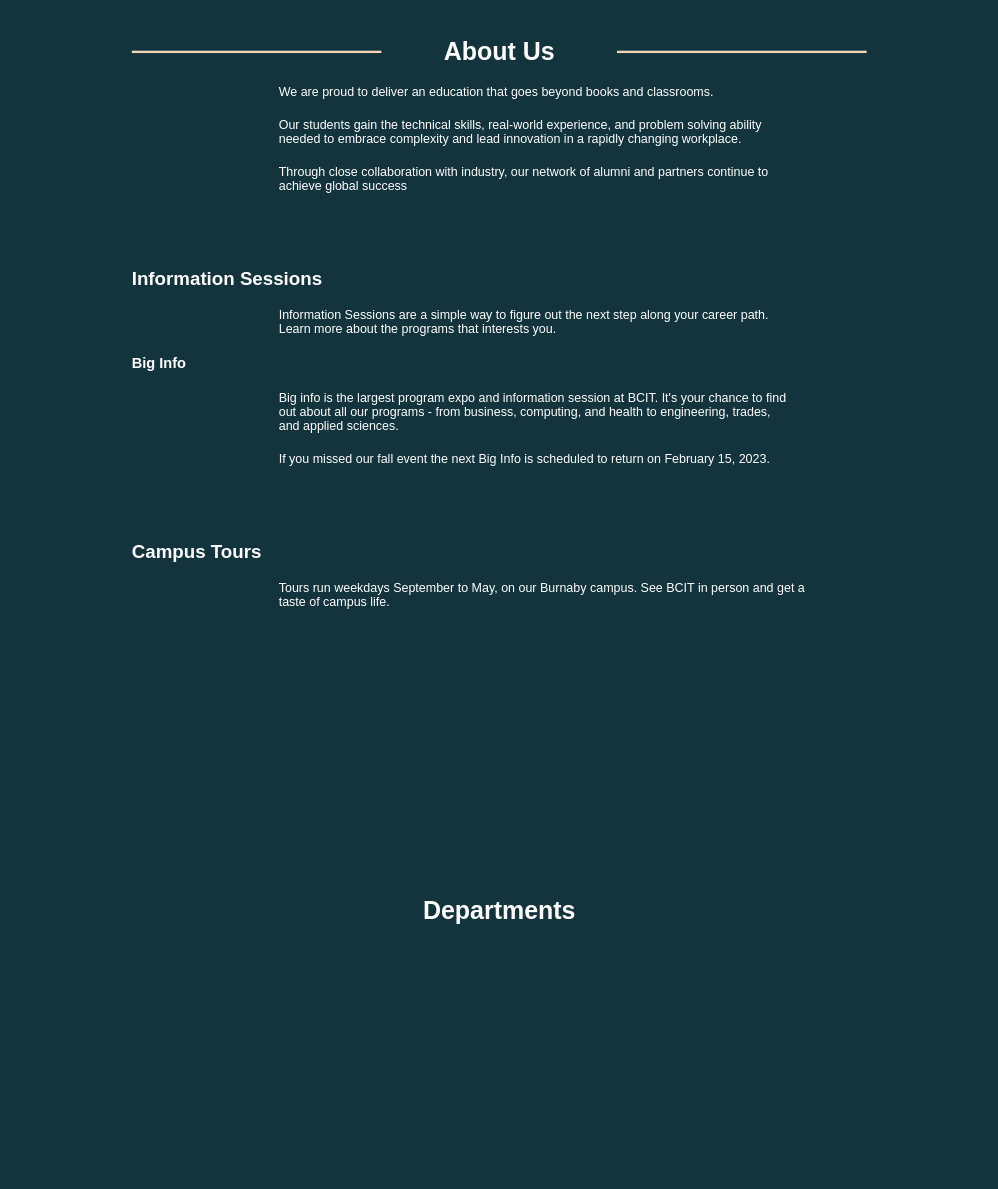
Repository: jennydmcm/assignment-1-playwright-site-A01338943
Page: /about
An editor plug-in stored every save of this project. The page is shown before and after the next save, followed by the edit.
The browser window is 1280 px wide. The pictures show the whole page, at 78% of full size.
The project was rebuilt for these pictures with package versions that can differ from the ones it lists, and the page was loaded fresh each time. The framework's server and built-in components were replaced by stand-ins that run in the browser. Also part of the build but not shown: next.config.js.

Above is the page before, as saved 2023-02-08 13:38:49.

### pages/_app.js
import '../styles/globals.css'
import '../styles/variables.css'

function MyApp({ Component, pageProps }) {
  return <Component {...pageProps} />
}

export default MyApp

### pages/about.js
import Head from "next/head";
import Image from "next/image";
import { Inter } from "@next/font/google";
import styles from "@/styles/About.module.css";
const inter = Inter({ subsets: ["latin"] });

export default function Home() {
  return (
    <>
      <Head>
        <title>About Us</title>
        <meta name="description" content="Generated by create next app" />
        <meta name="viewport" content="width=device-width, initial-scale=1" />
        <meta name="author" content="MDIA 2109" />
        <meta property="og:title" content="Assignment #1 - About Us Page" />
        <meta
          property="og:description"
          content="BCIT Digital Design and Development Diploma"
        />
        <link rel="icon" href="/favicon.png" />
      </Head>
      <main className={styles.main}>
        <header>
          <div className={styles.about}>
            <div className={styles.header}>
              <hr className={styles.lines}></hr>
              <h1 className={styles.aboutTitle}>About Us</h1>
              <hr className={styles.lines}></hr>
            </div>
            <p className={styles.mainText}>
              We are proud to deliver an education that goes beyond books and
              classrooms.
            </p>
            <p className={styles.mainText}>
              Our students gain the technical skills, real-world experience, and
              problem solving ability <br></br>
              needed to embrace complexity and lead innovation in a rapidly
              changing workplace.
            </p>
            <p className={styles.mainText}>
              Through close collaboration with industry, our network of alumni
              and partners continue to <br></br>
              achieve global success
            </p>
          </div>
          <div className={styles.infosesh}>
            <h2>Information Sessions</h2>
            <p className={styles.mainText}>
              Information Sessions are a simple way to figure out the next step
              along your career path. <br></br>
              Learn more about the programs that interests you.
            </p>
            <h3 className={styles.bigInfo}>Big Info</h3>
            <p className={styles.mainText}>
              Big info is the largest program expo and information session at
              BCIT. It's your chance to find<br></br>
              out about all our programs - from business, computing, and health
              to engineering, trades,<br></br>
              and applied sciences.
            </p>
            <p className={styles.mainText}>
              If you missed our fall event the next Big Info is scheduled to
              return on February 15, 2023.
            </p>
          </div>

          <div className={styles.tours}>
            <h2>Campus Tours</h2>
            <p className={styles.mainText}>
              Tours run weekdays September to May, on our Burnaby campus. See
              BCIT in person and get a<br></br>
              taste of campus life.
            </p>
          </div>
          <div className={styles.dept}>
            <h1>Departments</h1>
          </div>
        </header>
        <a>
          <span>
            <img href="/upwardArrow.png"></img>
            <img href="downwardArrow.png"></img>
          </span>
        </a>
      </main>
    </>
  );
}

### styles/variables.css
:root{
    --primary-color: #fff;
    --secondary-color: #f4d6b9;
    --ternary-color: #14343d;
    --quaternary-color: #14343d;
    --quinary-color: rgba(16,46,53,0.5);

}

### styles/About.module.css
.main{
    background-color: var(--ternary-color);
    color: var(--primary-color);
    font-family: Arial, Helvetica, sans-serif;
    display: flex;
    flex-direction: column;
    align-items: center;
}
.about{
    display: flex;
    flex-direction: column;
    padding: 3rem;
    padding-bottom: 3rem;

}


.infosesh{
    display: flex;
    flex-direction: column;
    padding: 3rem;
    padding-bottom: 3rem;

}

.bigInfo{
    padding-top: 1.5rem;

}

.tours{
    display: flex;
    flex-direction: column;
    padding: 3rem;
    padding-bottom: 3rem;

}

.dept{
    display: flex;
    flex-direction: column;
    padding-top: 20rem;
    padding-bottom: 20rem;
    align-items: center;


}

.aboutTitle{
    display: flex;
    flex-direction: column;
    align-items: center;
    padding-left: 5rem;
    padding-right: 5rem;
}

.mainText{
    padding-top: 1.5rem;
    padding-left: 20%;

}

.lines{
    border-top: none;
    border-bottom: 0.2rem solid var(--secondary-color);
    border-left: none;
    border-right: none;
    width: 20rem;
}
.header{
    display: flex;
    flex-direction: row;
    align-items: center;
}

Loaded but not shown: pages/_document.js (common file); pages/api/hello.js (common file); styles/globals.css (common file)

After the next save:
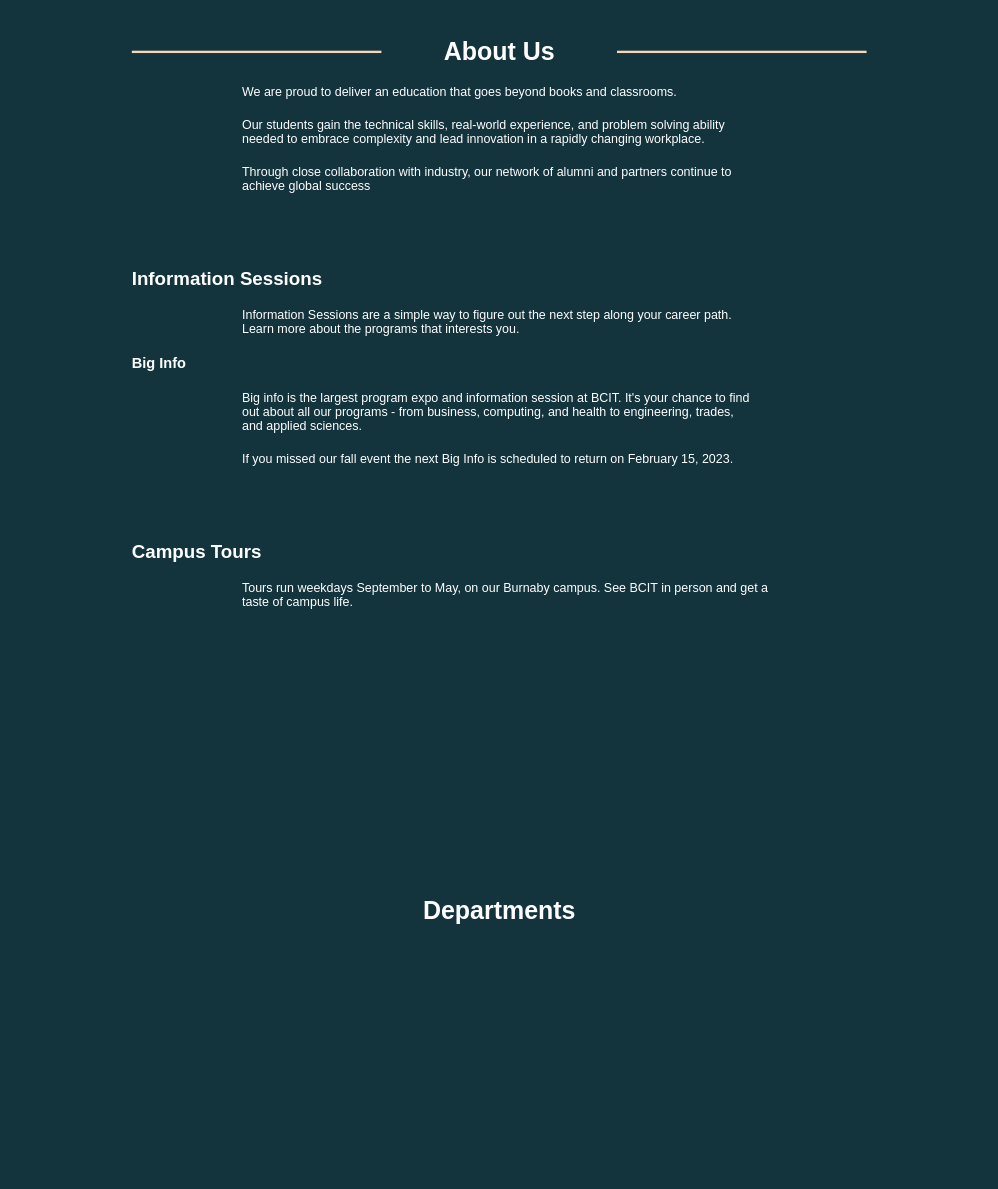
Saved 6 s later.
--- a/styles/About.module.css
+++ b/styles/About.module.css
@@ -56,7 +56,7 @@
 
 .mainText{
     padding-top: 1.5rem;
-    padding-left: 20%;
+    padding-left: 15%;
 
 }
 
